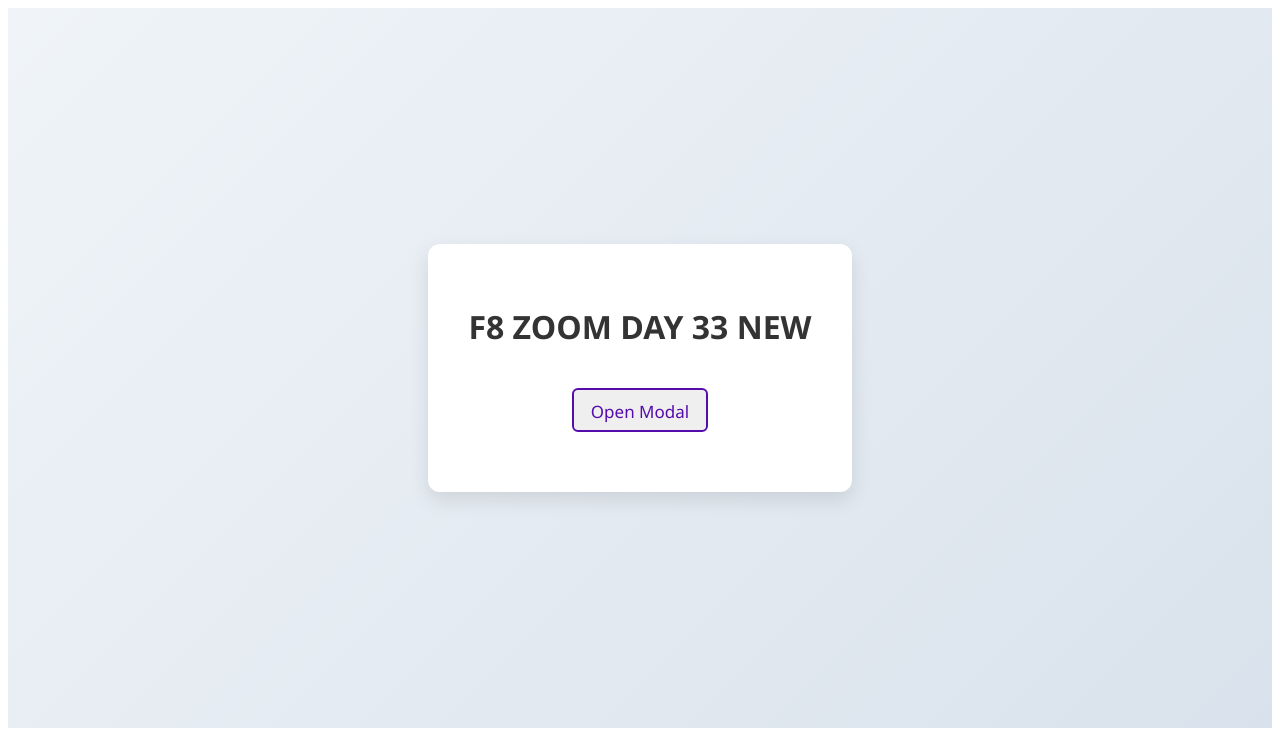
Repository: lannguyen1301/f8-zoom-day-33-new
Page: index.html
The author's editor kept a copy of each file at every save. The page is drawn from the files as they stood at one save, then again after the next save.
The browser window is 1280 px wide. The pictures show the whole page.

Above is the page before, as saved 2025-08-05 23:41:37.

### index.html
<!DOCTYPE html>
<html lang="en">

<head>
    <meta charset="UTF-8">
    <meta name="viewport" content="width=device-width, initial-scale=1.0">
    <title>F8 ZOOM DAY 33 NEW</title>
    <link rel="stylesheet" href="./assets/css/style.css">
</head>

<body>
    <div class="inner">
        <div class="card">
            <h1 class="title">F8 ZOOM DAY 33 NEW</h1>
            <button id="open-modal">Open Modal</button>
        </div>
    </div>

    <!-- App Modal -->
    <app-modal heading="Modal 1" hidden>
        <div slot="header">
            <span>x</span>
            <h1>F8 ZOOM DAY 33 Components</h1>
        </div>
        <div slot="content">
            <p>Lorem ipsum dolor sit amet consectetur adipisicing elit. Possimus, totam.</p>
            <p>Lorem ipsum, dolor sit amet consectetur adipisicing elit. Praesentium voluptas veniam ea in magni
                temporibus.
            </p>
            <p>Lorem, ipsum dolor sit amet consectetur adipisicing elit. Sapiente aspernatur quod suscipit? Voluptas
                quae ea
                dolorem vero. Omnis, eius soluta!</p>
        </div>

        <div slot="footer">
            <button id="close-btn">Cancel</button>
            <button>Confirm</button>
        </div>
    </app-modal>

    <!-- App Modal Template -->
    <template id="app-modal-tpl">
        <!-- thêm css Externals  -->
        <link rel="stylesheet" href="./style.css">

        <!-- Thêm CSS Internals -->
        <style>
            .inner {
                min-width: 350px;
                padding: var(--app-modal-padding, 20px);
                border-radius: 10px;
                background: #fff;
                /*  */

            }

            #heading {
                color: var(--app-modal-heading-color, red);
            }
        </style>
        <div class="modal">
            <div class="inner">
                <div class="header">
                    <h1 id="heading"></h1>
                </div>
                <div class="content">
                    <slot></slot>
                </div>
                <div class="footer">
                    <slot name="footer"></slot>
                </div>
            </div>
        </div>
    </template>
    <script type="module" src="./main.js"></script>
</body>

</html>

### assets/css/style.css
.inner {
    margin: 0;
    height: 100vh;
    display: flex;
    justify-content: center;
    align-items: center;
    background: linear-gradient(135deg, #f0f4f8, #d9e2ec);
    font-family: "Segoe UI", sans-serif;
}

.card {
    background: white;
    padding: 40px;
    border-radius: 12px;
    box-shadow: 0 8px 20px rgba(0, 0, 0, 0.1);
    text-align: center;
    max-width: 400px;
}

.card h1 {
    margin-bottom: 20px;
    color: #333;
}

/* From Uiverse.io by cssbuttons-io */
button {
    --color: #560bad;
    font-family: inherit;
    display: inline-block;
    width: 8em;
    height: 2.6em;
    line-height: 2.5em;
    margin: 20px;
    position: relative;
    cursor: pointer;
    overflow: hidden;
    border: 2px solid var(--color);
    transition: color 0.5s;
    z-index: 1;
    font-size: 17px;
    border-radius: 6px;
    font-weight: 500;
    color: var(--color);
}

button:before {
    content: "";
    position: absolute;
    z-index: -1;
    background: var(--color);
    height: 150px;
    width: 200px;
    border-radius: 50%;
}

button:hover {
    color: #fff;
}

button:before {
    top: 100%;
    left: 100%;
    transition: all 0.7s;
}

button:hover:before {
    top: -30px;
    left: -30px;
}

button:active:before {
    background: #3a0ca3;
    transition: background 0s;
}

### main.js
// import "./Components/app-heading.js";
import "./Components/app-modal.js";

// Open Modal
const openModalBtn = document.querySelector("#open-modal");
const appModal = document.querySelector("app-modal");

appModal.addEventListener("open", () => {
    // code...
    // alert("Da duoc mo");
    console.log("Da duoc mo");
});

appModal.addEventListener("close", () => {
    // code...
    // alert("Da dong");
    console.log("Da dong");
});

openModalBtn.addEventListener("click", () => {
    appModal.open();
});

### Components/app-modal.js
class AppModal extends HTMLElement {
    constructor() {
        super();
        this.attachShadow({ mode: "open" });
    }

    connectedCallback() {
        // cách 1
        // this.removeAttribute("hidden");

        // cách 2
        this.hidden = false;
    }

    open() {
        // Append Template
        const template = document.querySelector("#app-modal-tpl");
        const templateContent = template.content.cloneNode(true);
        this.shadowRoot.appendChild(templateContent);

        // this.addEventListener("click", () => {
        //     this.close();
        // });

        // Set heading
        const heading = this.shadowRoot.querySelector("#heading");
        heading.textContent = this.getAttribute("heading");
        this.dispatchEvent(new CustomEvent("open"));
        // heading nằm ở <app-modal id="" heading="Modal 1"></app-modal>

        this.shadowRoot.addEventListener("click", (e) => {
            if (e.target.closest("#close-btn")) {
                this.close();
            }
        });
    }
    close() {
        this.shadowRoot.innerHTML = "";

        this.dispatchEvent(new CustomEvent("close"));
    }
}

// gọi hàm
customElements.define("app-modal", AppModal);

After the next save:
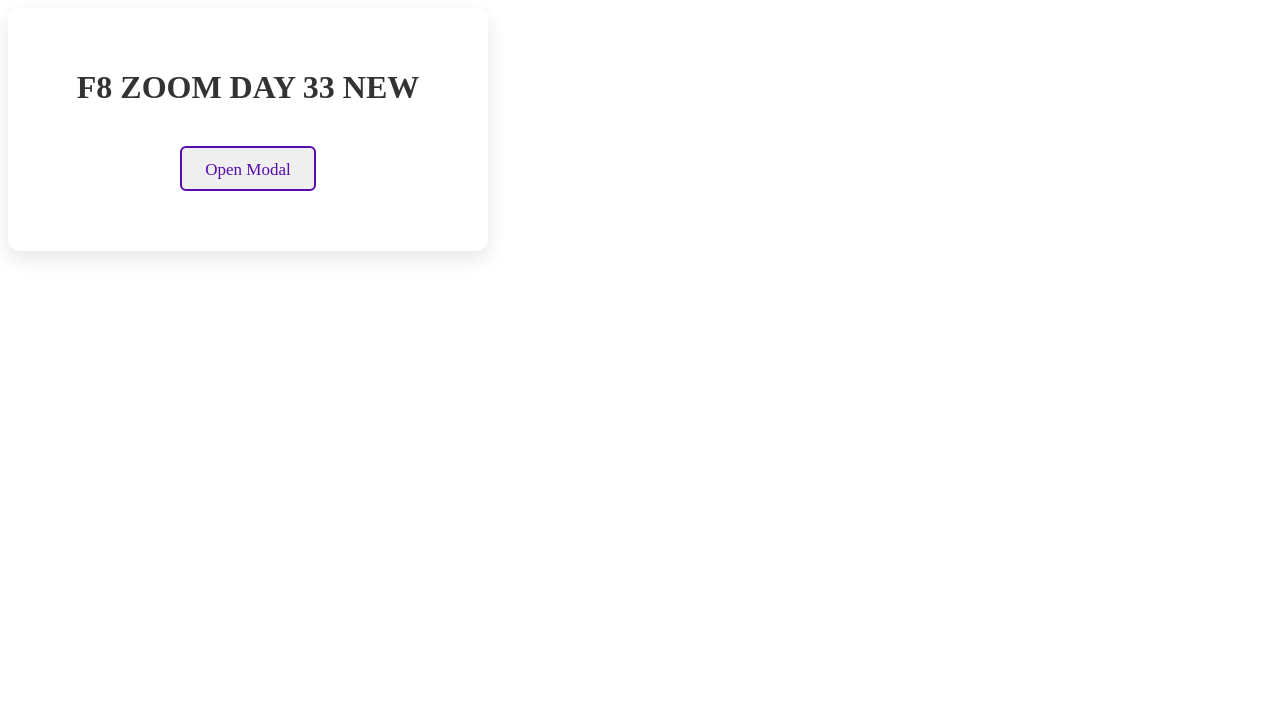
Saved 48 s later.
--- a/index.html
+++ b/index.html
@@ -9,7 +9,7 @@
 </head>
 
 <body>
-    <div class="inner">
+    <div class="main">
         <div class="card">
             <h1 class="title">F8 ZOOM DAY 33 NEW</h1>
             <button id="open-modal">Open Modal</button>

After the save that followed:
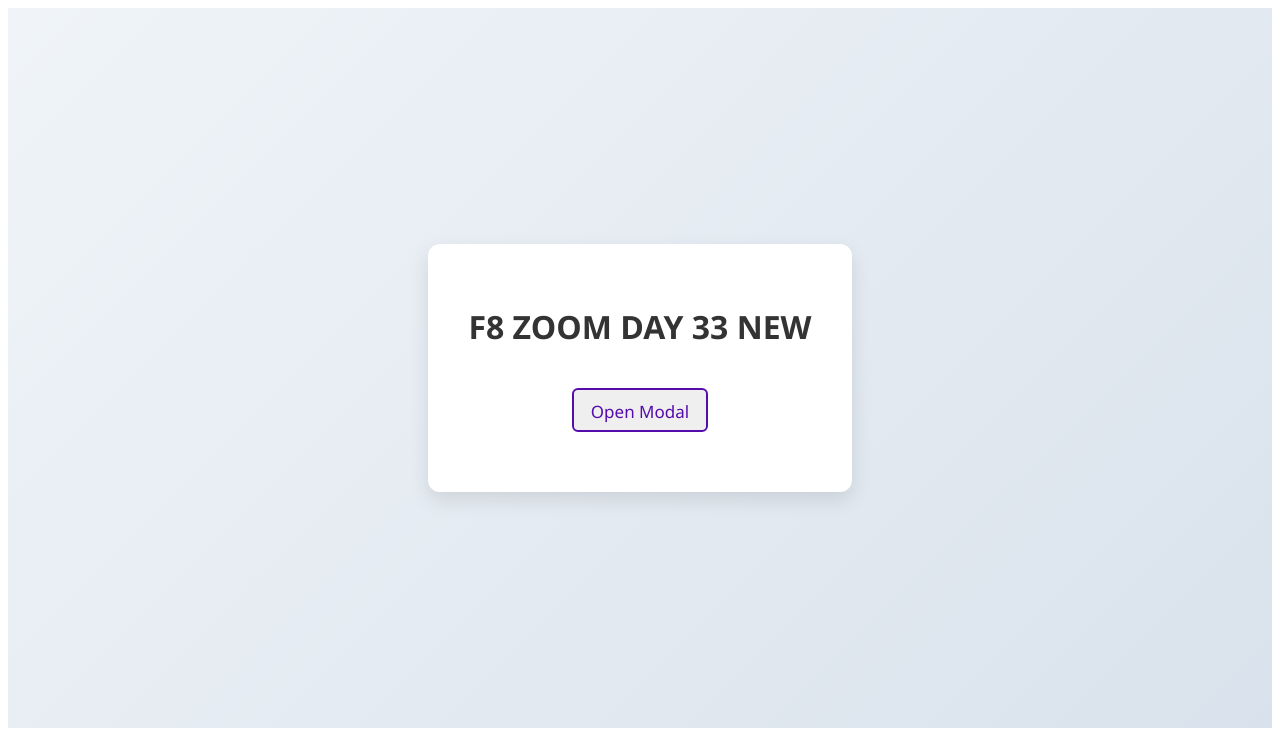
Saved 15 s later.
--- a/assets/css/style.css
+++ b/assets/css/style.css
@@ -1,4 +1,4 @@
-.inner {
+.main {
     margin: 0;
     height: 100vh;
     display: flex;
